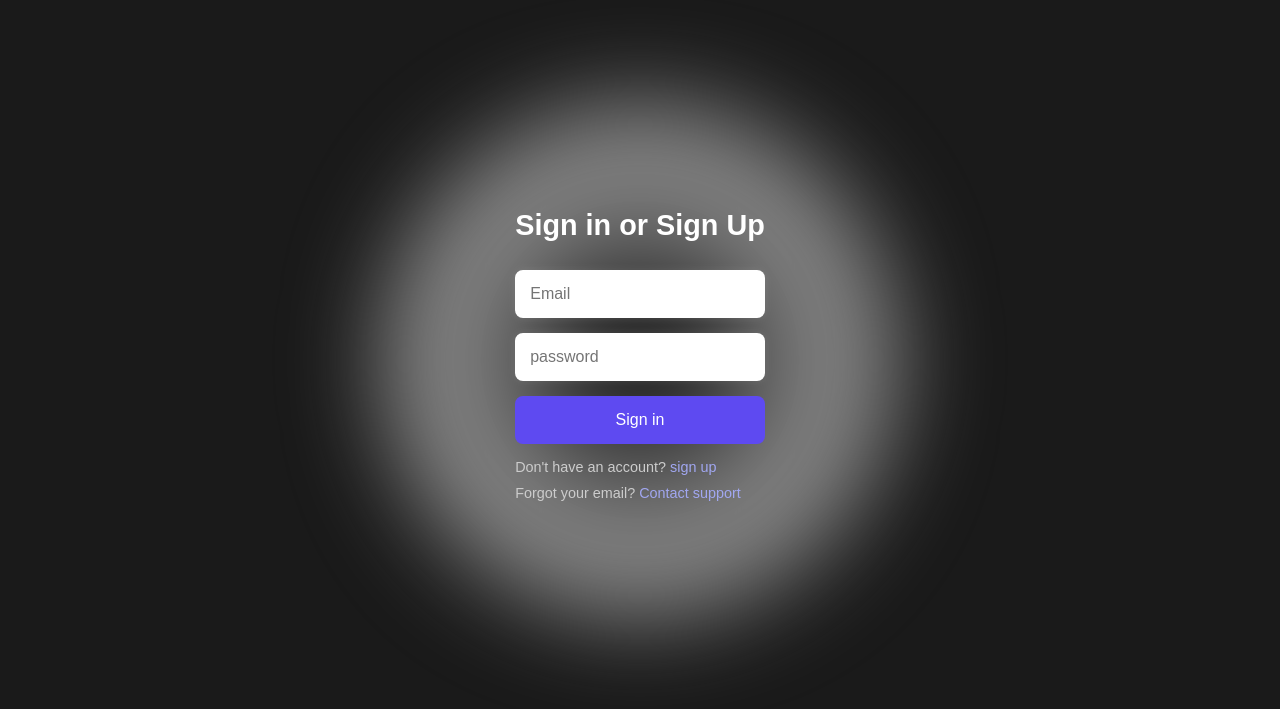
Repository: cmd-keyu/mobileppsh
Page: pages/login.html
The author's editor kept a copy of each file at every save. The page is drawn from the files as they stood at one save, then again after the next save.
The browser window is 1280 px wide. The pictures show the whole page.

Above is the page before, as saved 2024-11-12 12:22:16.

After the next save:
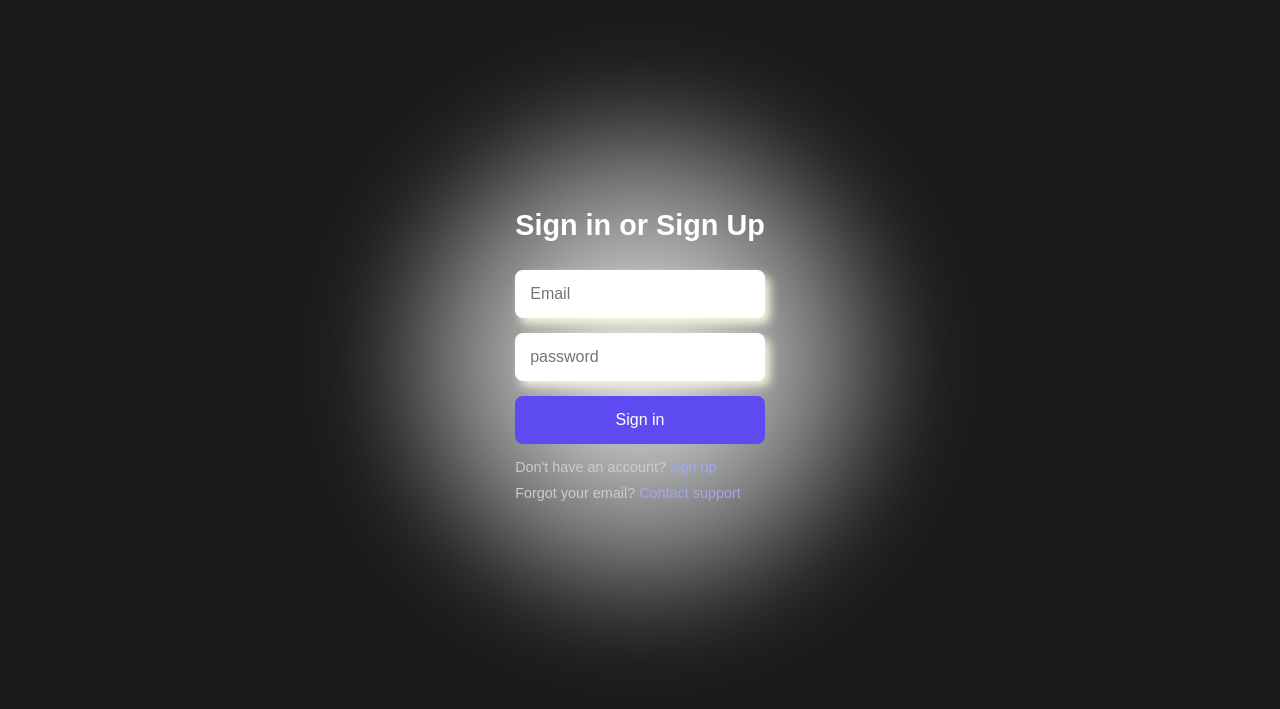
Saved 13 s later.
--- a/css/login.css
+++ b/css/login.css
@@ -27,7 +27,7 @@
     left: 50%;
     width: 500px;
     height: 500px;
-    background: radial-gradient(circle, black, white);
+    background: radial-gradient(circle, white, black);
     transform: translate(-50%, -50%);
     z-index: -1;
     border-radius: 50%;
@@ -63,7 +63,9 @@
     border-radius: 8px;
     outline: none;
     width: 100%;
-    box-shadow: 0 0 8px rgba(255, 255, 255, 0.1);
+     box-shadow: 5px 6px 10px beige;
+     color: wheat;
+
   }
   input[type="password"] {
     padding: 15px;
@@ -72,7 +74,8 @@
     border-radius: 8px;
     outline: none;
     width: 100%;
-    box-shadow: 0 0 8px rgba(255, 255, 255, 0.1);
+     box-shadow: 5px 5px 10px beige;
+
   }
 
   input[type="text"] {
@@ -82,7 +85,8 @@
     border-radius: 8px;
     outline: none;
     width: 100%;
-    box-shadow: 0 0 8px rgba(255, 255, 255, 0.1);
+     box-shadow: 9px 9px 10px beige;
+
   }
 
   button {
@@ -132,3 +136,9 @@
   .sign-in-text-hide{
     display: none;
   }
+  .hi{
+    /* border: none; */
+    background-color: inherit;
+    border-bottom: solid beige 1px;
+    box-shadow: 9px 9px 10px beige;
+  }
